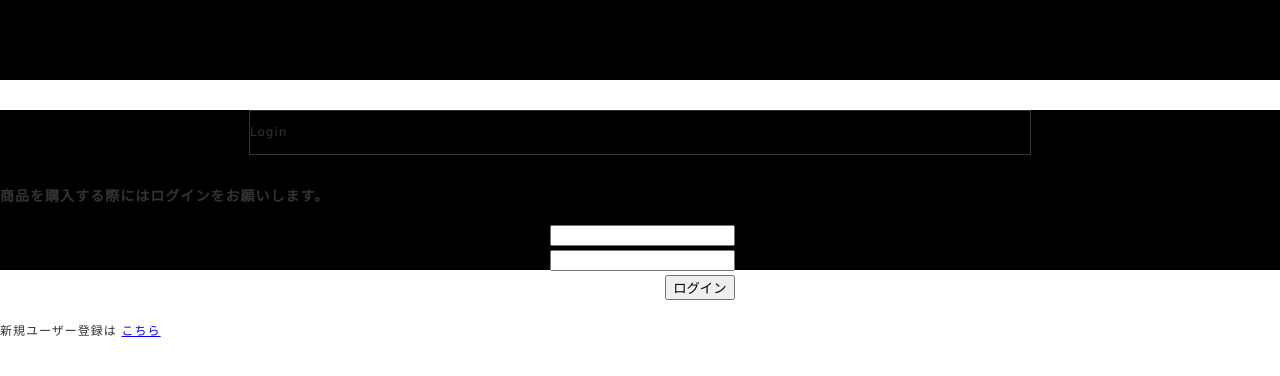
Repository: MasayaOuchi/test
Page: http://localhost/template/login.jsp
The author's editor kept a copy of each file at every save. The page is drawn from the files as they stood at one save, then again after the next save.
The browser window is 1280 px wide. The pictures show the whole page.
The page is served by Tomcat 9.

Above is the page before, as saved 2018-10-25 06:37:41.

After the next save:
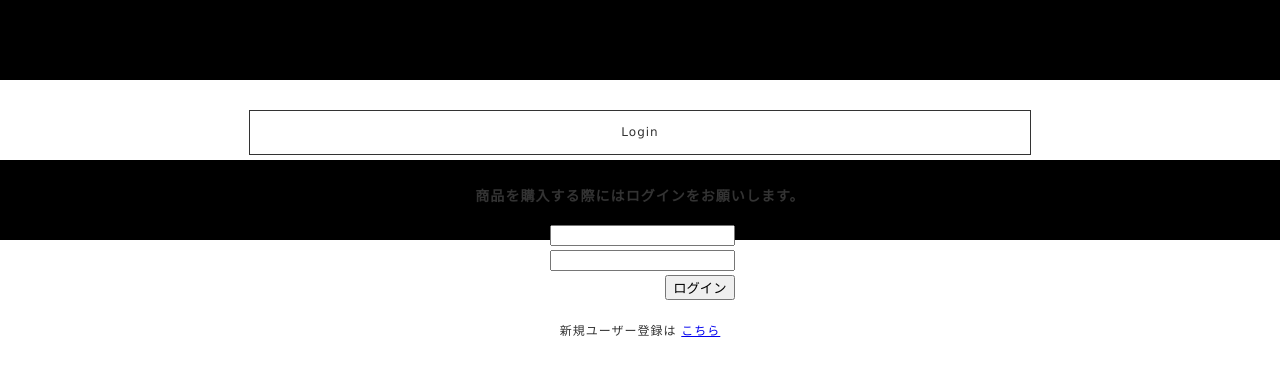
Saved 30 s later.
--- a/template/WebContent/login.jsp
+++ b/template/WebContent/login.jsp
@@ -43,8 +43,8 @@
 
 		#main{
 		width:100%;
-		height:80px;
-		background-color:black;
+		height:50px;
+		text-align:center;
 		}
 
 		#footer{
